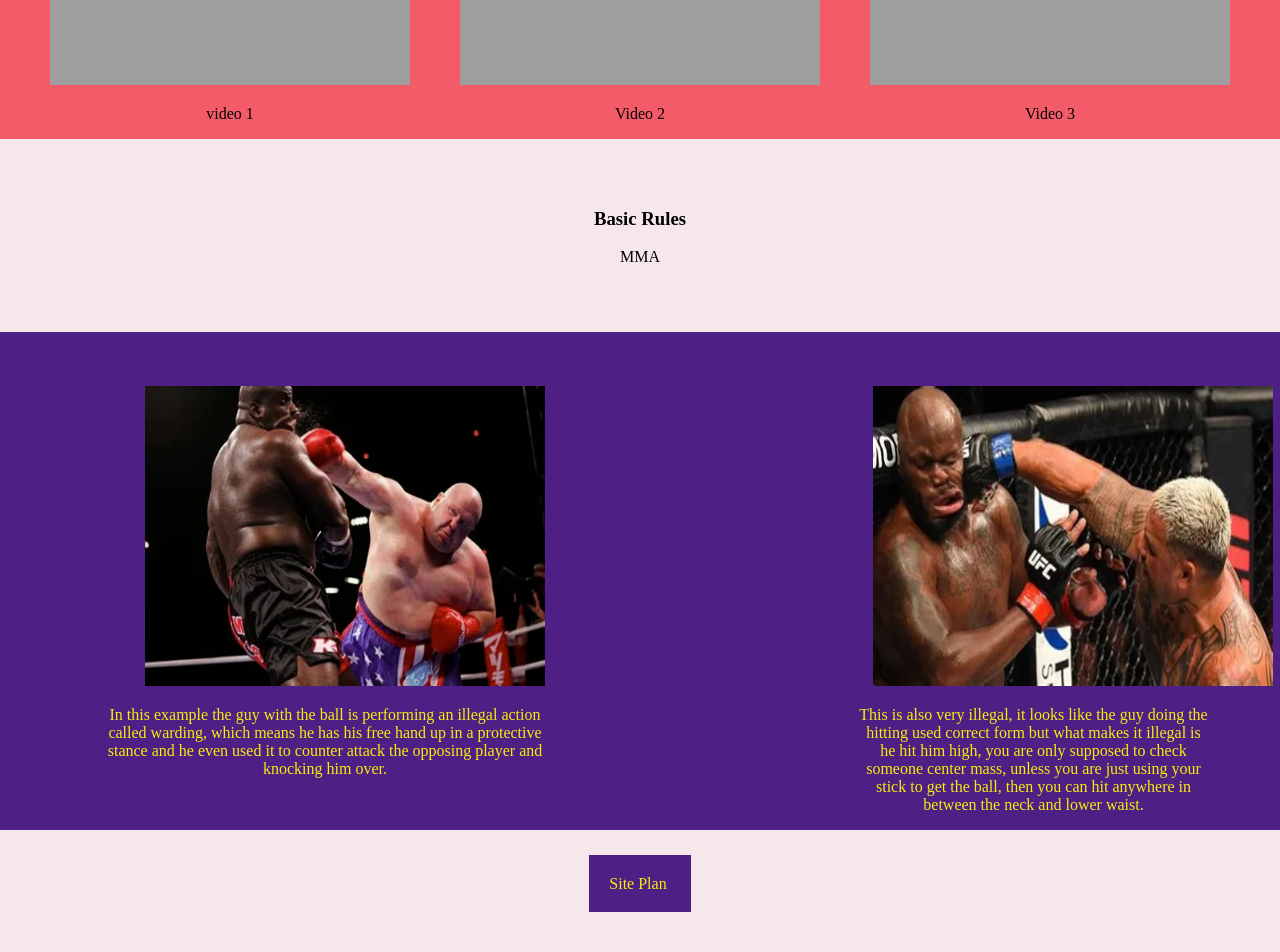
Repository: nak97/personal-site
Page: mma.html
These files come from the project's save history. The page is drawn as it stood at one moment and after the next save; the edit follows.
The browser window is 1280 px wide. The pictures show the part of the page from y = 599 to 1551 px (the page is 1552 px tall before and 1606 px after).
Pictures or frames that could not be fetched are drawn as grey boxes. Some icons come from a web library that is not loaded, so they are not drawn. Some web libraries are served in a nearby version.

Above is the page before, as saved 2023-03-19 08:49:56.

After the next save:
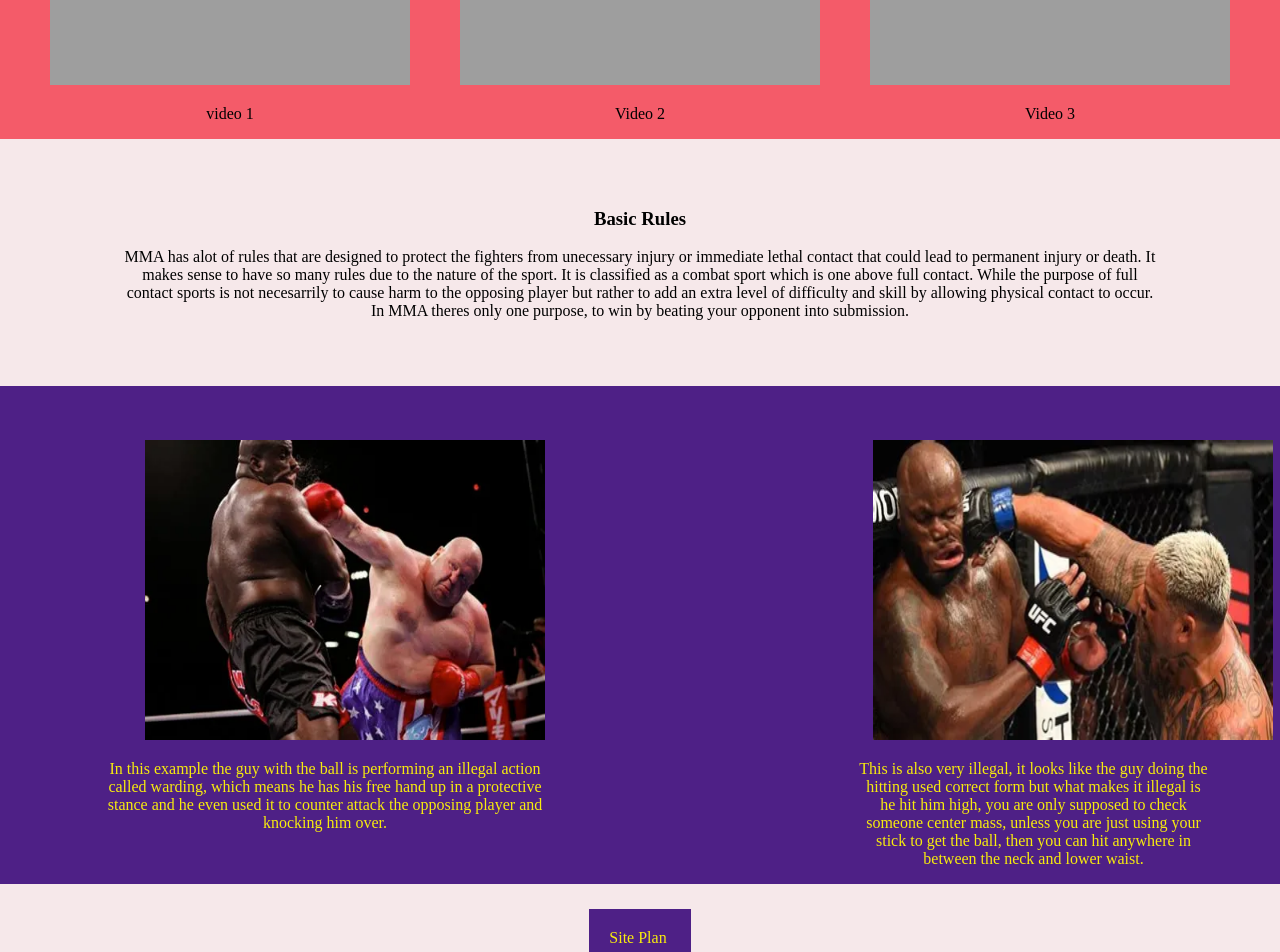
Saved 6 min 29 s later.
--- a/mma.html
+++ b/mma.html
@@ -49,7 +49,9 @@
 <section class="rules">
 
   <h3> Basic Rules  </h3>
-  <p>MMA </p>
+  <p>MMA has alot of rules that are designed to protect the fighters from unecessary injury or immediate lethal contact that could lead to permanent injury or death.
+    It makes sense to have so many rules due to the nature of the sport. It is classified as a combat sport which is one above full contact. While the purpose of full contact sports is not necesarrily to
+  cause harm to the opposing player but rather to add an extra level of difficulty and skill by allowing physical contact to occur. In MMA theres only one purpose, to win by beating your opponent into submission.  </p>
 </section>
 
 <section class="LaxImages">
